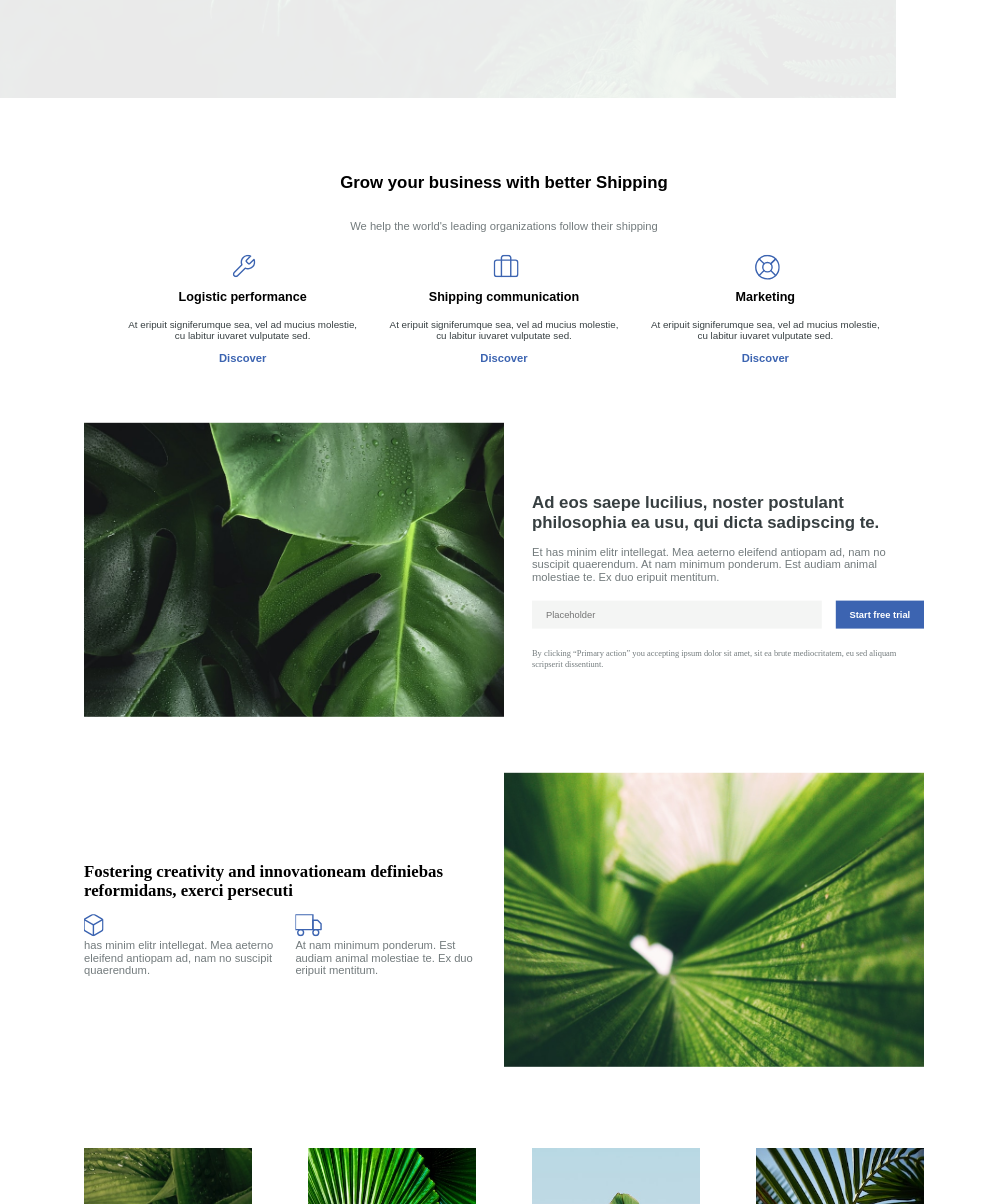
Repository: Mygit2001/LeTuSy_Test_Ecommage
Page: index.html
These files come from the project's save history. The page is drawn as it stood at one moment and after the next save; the edit follows.
The browser window is 1280 px wide. The page is 1440 px wide, then 1360 px, so the pictures cover 1440 px, including what lies to the right of the window. The pictures show the part of the page from y = 580 to 2300 px (the page is 2604 px tall), at 70% of full size.
Some web fonts or font styles are not loaded; a fallback is used. Some web libraries are served in a nearby version.

Above is the page before, as saved 2023-02-15 22:29:08.

After the next save:
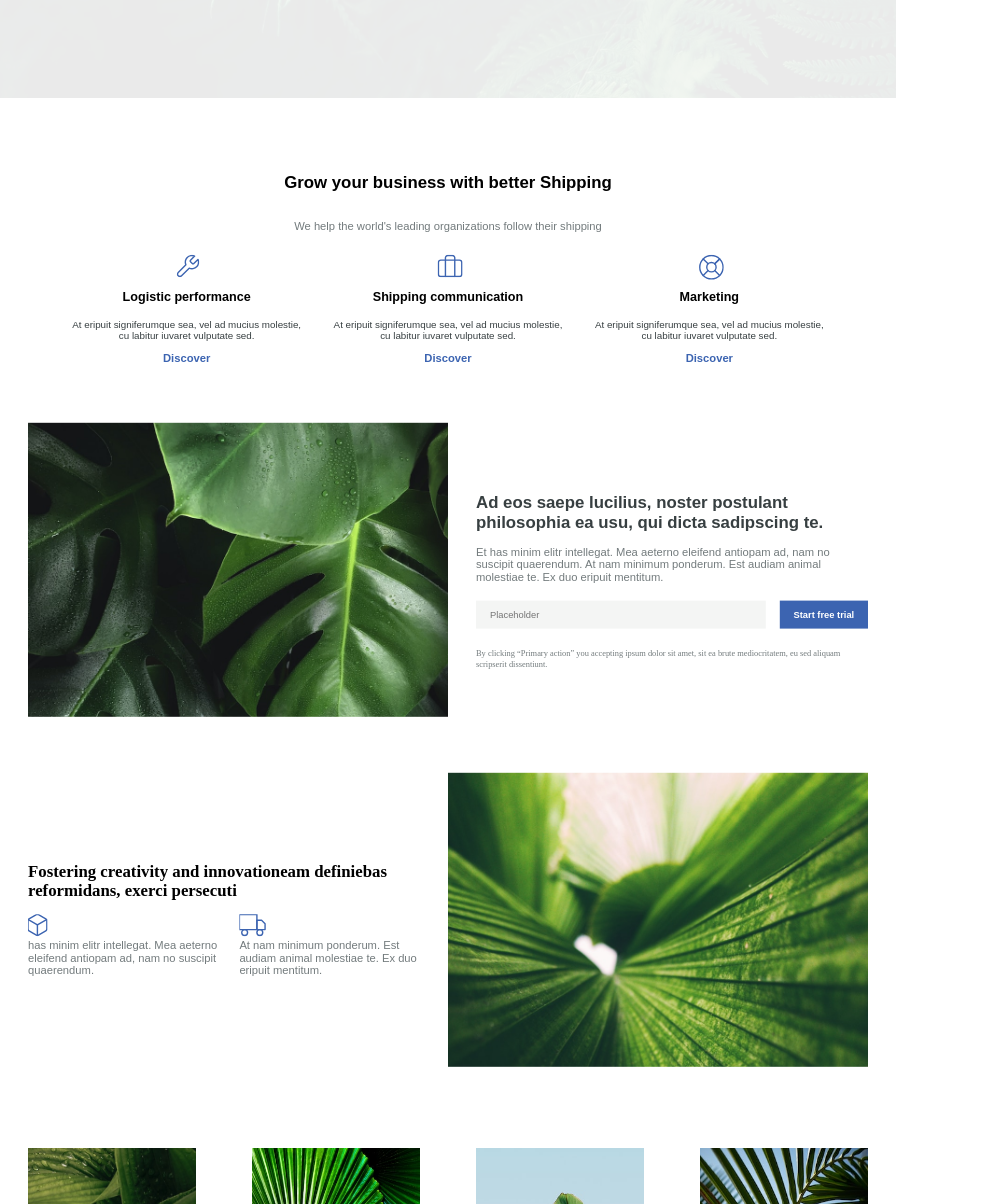
Saved 2 min 37 s later.
--- a/assets/css/index.css
+++ b/assets/css/index.css
@@ -17,7 +17,7 @@ header {
   padding: 0px;
   gap: 80px;
 
-  width: 1440px;
+  width: auto;
   height: auto;
 }
 .navbar_header {
